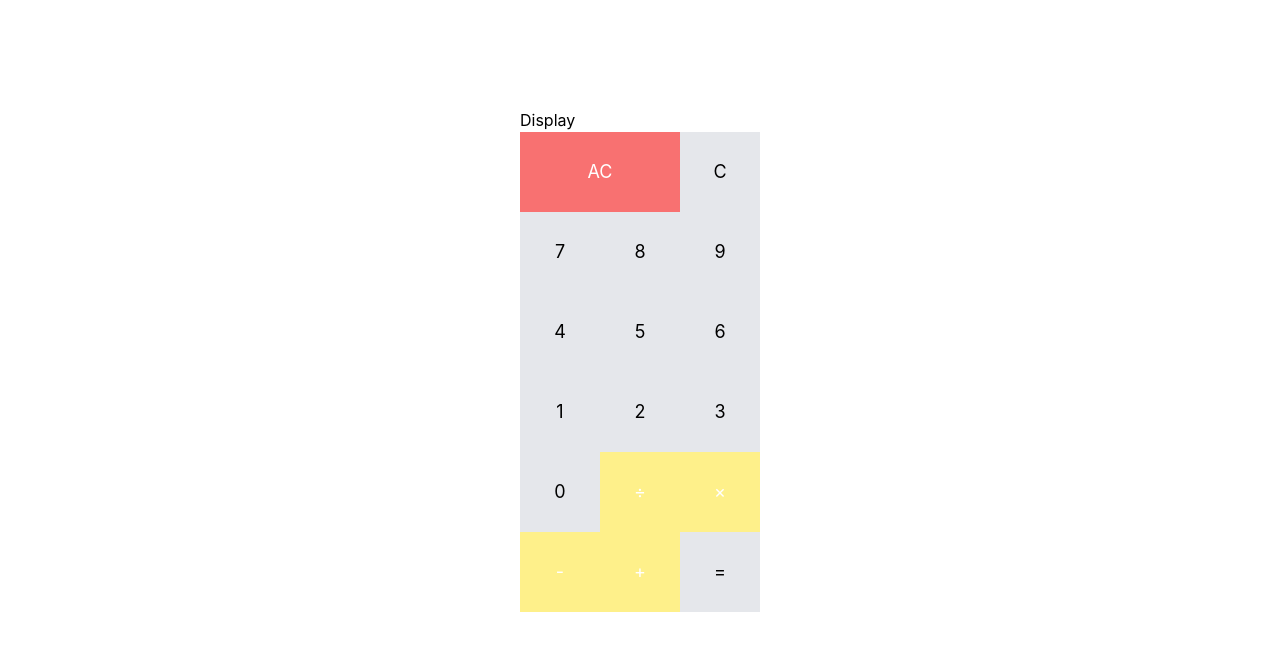
Repository: BrianPhamDev/calculator_app
Page: /
These files come from the project's save history. The page is drawn as it stood at one moment and after a run of saves; the edit follows.
The browser window is 1280 px wide. The pictures show the whole page.
The project was rebuilt for these pictures with package versions that can differ from the ones it lists, and the page was loaded fresh each time. Also part of the build but not shown: vite.config.js.

Above is the page before, as saved 2024-01-09 14:29:46.

After the next 2 saves:
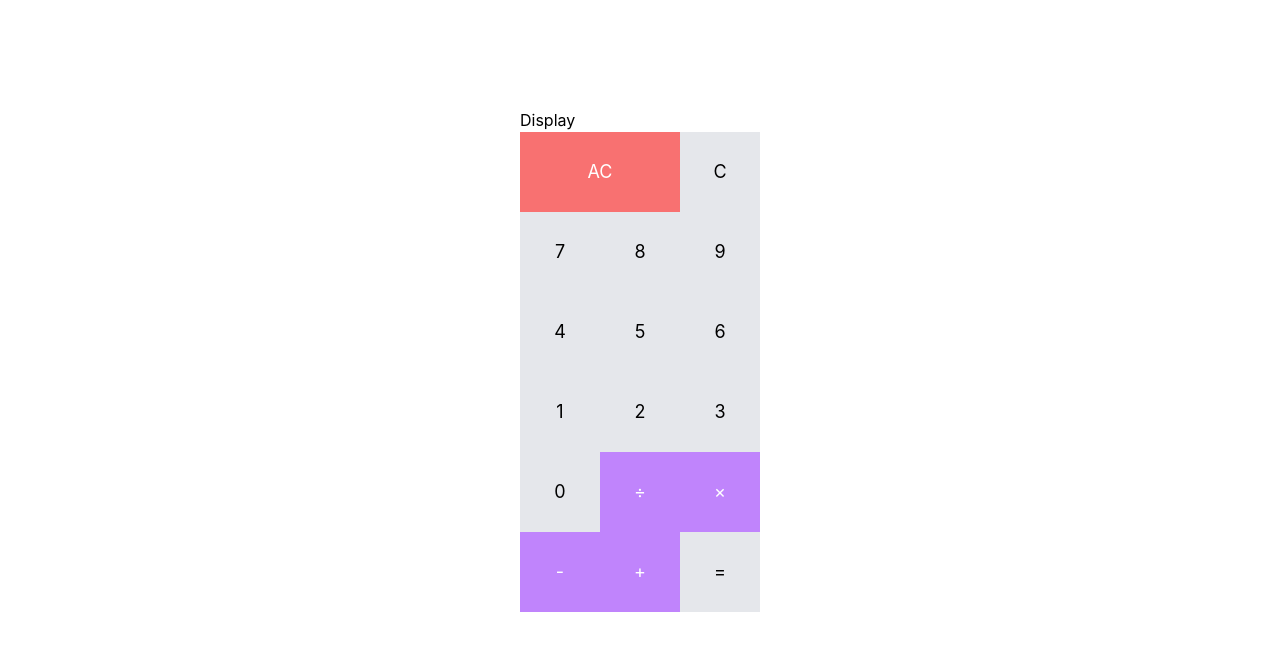
The 2 saves are shown as one change because they came seconds apart.
The last was saved 8 s later.
--- a/src/components/Calculator.jsx
+++ b/src/components/Calculator.jsx
@@ -2,7 +2,7 @@ import { calculatorButtons } from "../globals/calculator-button-data";
 
 const Calculator = () => {
   const specialTypes = {
-    operator: "bg-yellow-200 text-white",
+    operator: "bg-purple-400 text-white",
   };
   const specialClasses = {
     ac: "col-span-2 w-40 bg-red-400 text-white",
